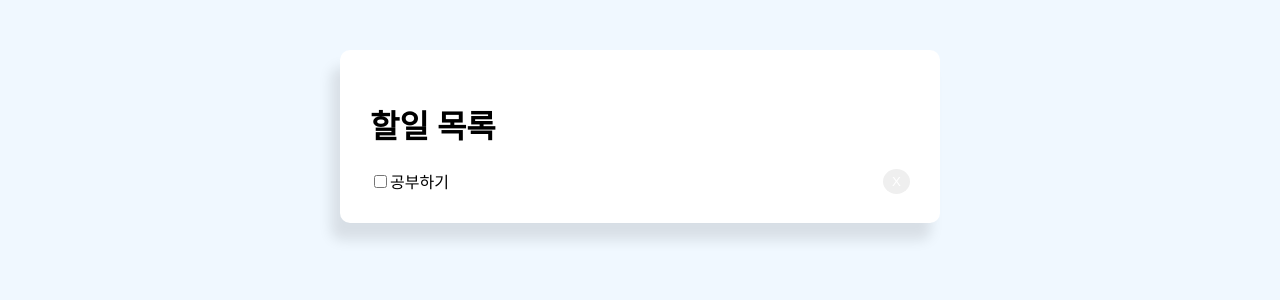
Repository: siwon9898/react-learn
Page: /
The author's editor kept a copy of each file at every save. The page is drawn from the files as they stood at one save, then again after a run of saves.
The browser window is 1280 px wide. The pictures show the whole page.
The project was rebuilt for these pictures with package versions that can differ from the ones it lists, and the page was loaded fresh each time.

Above is the page before, as saved 2023-03-29 10:48:48.

### public/index.html
<!-- 페이지 템플릿 -->
<!DOCTYPE html>
<html lang="en">
  <head>
    <meta charset="utf-8" />
    <link rel="icon" href="%PUBLIC_URL%/favicon.ico" />
    <meta name="viewport" content="width=device-width, initial-scale=1" />
    <meta name="theme-color" content="#000000" />
    <meta
      name="description"
      content="Web site created using create-react-app"
    />
    <link rel="apple-touch-icon" href="%PUBLIC_URL%/logo192.png" />
    <!--
      manifest.json provides metadata used when your web app is installed on a
      user's mobile device or desktop. See https://developers.google.com/web/fundamentals/web-app-manifest/
    -->
    <link rel="manifest" href="%PUBLIC_URL%/manifest.json" />
    <!--
      Notice the use of %PUBLIC_URL% in the tags above.
      It will be replaced with the URL of the `public` folder during the build.
      Only files inside the `public` folder can be referenced from the HTML.

      Unlike "/favicon.ico" or "favicon.ico", "%PUBLIC_URL%/favicon.ico" will
      work correctly both with client-side routing and a non-root public URL.
      Learn how to configure a non-root public URL by running `npm run build`.
    -->
    <title>React App</title>
  </head>
  <body>
    <noscript>You need to enable JavaScript to run this app.</noscript>
    <div id="root"></div>
    <!--
      This HTML file is a template.
      If you open it directly in the browser, you will see an empty page.

      You can add webfonts, meta tags, or analytics to this file.
      The build step will place the bundled scripts into the <body> tag.

      To begin the development, run `npm start` or `yarn start`.
      To create a production bundle, use `npm run build` or `yarn build`.
    -->
  </body>
</html>

### src/index.js
//js 시작점
import React from 'react';
import ReactDOM from 'react-dom/client';
import './index.css';
import App from './App';
import reportWebVitals from './reportWebVitals';

const root = ReactDOM.createRoot(document.getElementById('root'));
root.render(
  <React.StrictMode>
    <App />
  </React.StrictMode>
);

// If you want to start measuring performance in your app, pass a function
// to log results (for example: reportWebVitals(console.log))
// or send to an analytics endpoint. Learn more: https://bit.ly/CRA-vitals
reportWebVitals();

### src/App.js
import React, { Component } from "react";
import "./App.css";
export default class App extends Component {
  btnStyle = {
    color: "#fff",
    border: "none",
    padding: "5px 9px",
    borderRadius: "50%",
    cursor: "pointer",
    float: "right",
  };
  render() {
    return (
      <div className="container">
        <div className="todoBlock">
          <div className="title">
            <h1>할일 목록</h1>
          </div>
          <div>
            <input type="checkbox" defaultChecked={false} />
            공부하기
            <button style={this.btnStyle}>X</button>
          </div>
        </div>
      </div>
    );
  }
}

### src/App.css

.container {
  margin: auto;
  max-width: 600px;
}

.todoBlock {
  padding: 30px;
  margin-top: 50px;
  background-color: #fff;
  border-radius: 10px;
  box-shadow: -9px 17px 13px rgb(0,0,0,0.1);
}

Loaded but not shown: src/index.css (common file); src/reportWebVitals.js (common file)

After the next 2 saves:
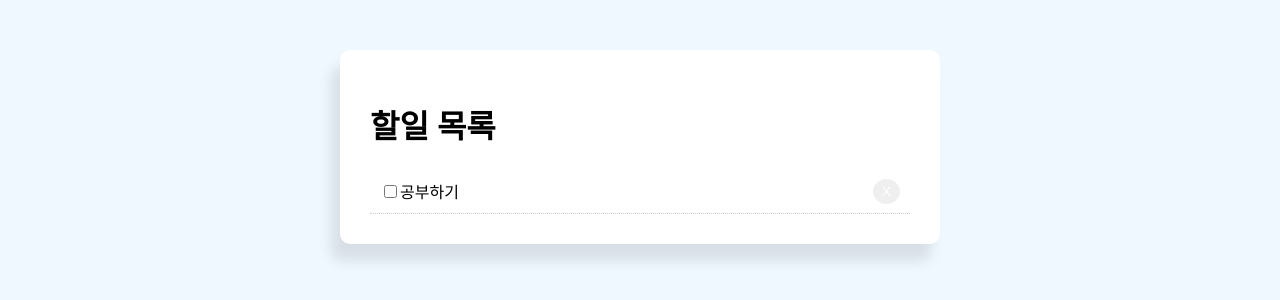
The 2 saves are shown as one change because 1 did not build or start.
The last was saved 10 min 53 s later.
--- a/src/App.js
+++ b/src/App.js
@@ -9,6 +9,14 @@ export default class App extends Component {
     cursor: "pointer",
     float: "right",
   };
+
+  getStyle = () => {
+    return {
+      padding: "10px",
+      borderBottom: "1px #ccc dotted",
+      textDecoration: "none",
+    };
+  };
   render() {
     return (
       <div className="container">
@@ -16,7 +24,7 @@ export default class App extends Component {
           <div className="title">
             <h1>할일 목록</h1>
           </div>
-          <div>
+          <div style={this.getStyle()}>
             <input type="checkbox" defaultChecked={false} />
             공부하기
             <button style={this.btnStyle}>X</button>
